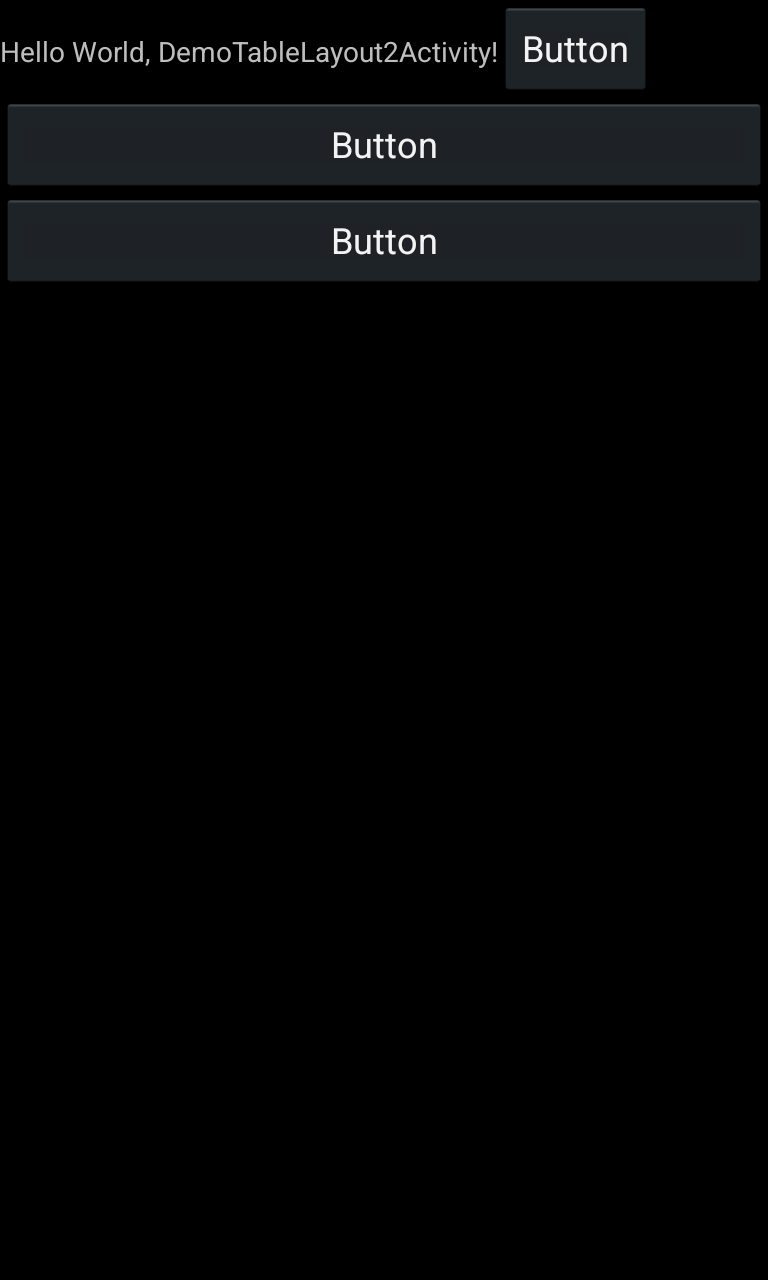
Repository: GuangmingChan/DevelopAndroidApp
Layout: demoTableLayout2/res/layout/main.xml
An editor plug-in stored every save of this project. The layout is shown before and after the next save, followed by the edit.
It is drawn on a 768 x 1280 px phone screen (xhdpi) without system bars, with theme android:Theme.Holo; the app's code is not run.

Above is the layout before, as saved 2017-03-28 01:36:57.

### demoTableLayout2/res/layout/main.xml
<?xml version="1.0" encoding="utf-8"?>
<TableLayout xmlns:android="http://schemas.android.com/apk/res/android"
    android:layout_width="fill_parent"
    android:layout_height="fill_parent"
    >

    <TableRow>
    <TextView
        android:layout_width="fill_parent"
        android:layout_height="wrap_content"
        android:text="@string/hello" />

    <Button
        android:id="@+id/button1"
        android:layout_width="wrap_content"
        android:layout_height="wrap_content"
        android:text="Button" />
	</TableRow>
    <Button
        android:id="@+id/button2"
        android:layout_width="wrap_content"
        android:layout_height="wrap_content"
        android:text="Button" />

    <Button
        android:id="@+id/button3"
        android:layout_width="wrap_content"
        android:layout_height="wrap_content"
        android:text="Button" />

</TableLayout>

### demoTableLayout2/res/values/strings.xml
<?xml version="1.0" encoding="utf-8"?>
<resources>

    <string name="app_name">DemoTableLayout2</string>
    <string name="hello">Hello World, DemoTableLayout2Activity!</string>

</resources>

After the next save:
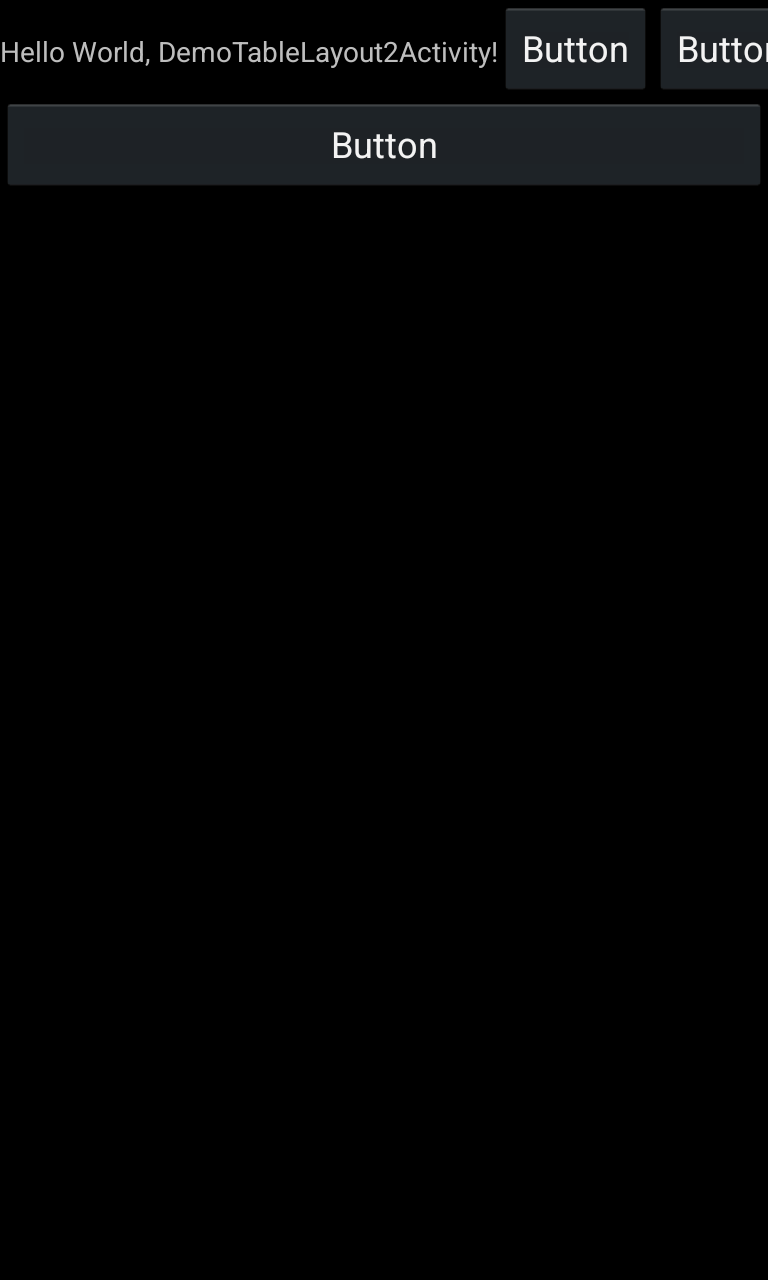
Saved 20 s later.
--- a/demoTableLayout2/res/layout/main.xml
+++ b/demoTableLayout2/res/layout/main.xml
@@ -15,12 +15,13 @@
         android:layout_width="wrap_content"
         android:layout_height="wrap_content"
         android:text="Button" />
-	</TableRow>
     <Button
         android:id="@+id/button2"
         android:layout_width="wrap_content"
         android:layout_height="wrap_content"
         android:text="Button" />
+	</TableRow>
+
 
     <Button
         android:id="@+id/button3"
